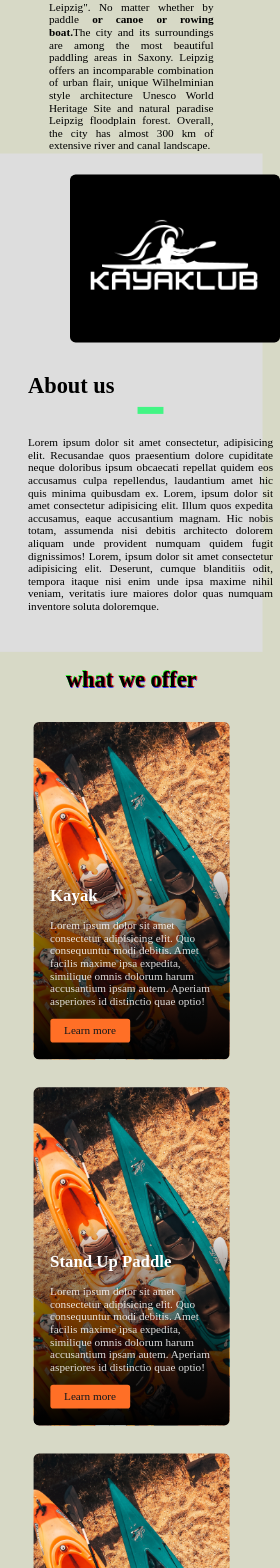
Repository: joseluis2289/Responsive-club-website
Page: index.html
These files come from the project's save history. The page is drawn as it stood at one moment and after the next save; the edit follows.
The browser window is 375 px wide. The page is 400 px wide, so the pictures cover 400 px, including what lies to the right of the window. The pictures show the part of the page from y = 865 to 3105 px (the page is 5236 px tall before and 5276 px after), at 70% of full size.
Some web fonts or font styles are not loaded; a fallback is used.

Above is the page before, as saved 2021-08-25 10:34:14.

### index.html
<!DOCTYPE html>
<html lang="en">
<head>
    <meta charset="UTF-8">
    <meta http-equiv="X-UA-Compatible" content="IE=edge">
    <meta name="viewport" content="width=device-width, initial-scale=1.0">
    <link rel="stylesheet" href="style.css">
    <link rel="preconnect" href="https://fonts.googleapis.com">
<link rel="preconnect" href="https://fonts.gstatic.com" crossorigin>
<link href="https://fonts.googleapis.com/css2?family=Rampart+One&display=swap" rel="stylesheet">
    <script src="script.js" defer></script>
    <title>Responsive-Club-website</title>
</head>
<body>

    <nav class="navbar">
        <!-- hamburger toggle -->
        <div class="brand-title">kayaklub</div>
        <a href="#" class="toggle-button">
            <span class="bar"></span>
            <span class="bar"></span>
            <span class="bar"></span>
        </a>

        <div class="nav-links">
            <ul>
                <li><a href="#">Home</a></li>
                <li><a href="#">About</a></li>
                <li><a href="#">Contact</a></li>
            </ul>
        </div>
    </nav>
<div class="banner"></div>

<section class="welcome">
    <h1 class="discover-title">Discover the city of Leipzig</h1>
    <p class="p-discover">Discover the "water city of Leipzig". No matter whether by paddle <strong>or canoe or rowing boat.</strong>The city and its surroundings are among the most beautiful paddling areas in Saxony. Leipzig offers an incomparable combination of urban flair, unique Wilhelminian style architecture Unesco World Heritage Site and natural paradise Leipzig floodplain forest. Overall, the city has almost 300 km of extensive river and canal landscape.</p>

</section>

<!-- about us section -->
<div class="grid-container-about">
    <!-- <img class="grid-item-img" src="./Cosmetics Discount Sale Landscape Banner.png" alt="about"> -->
    <div class="logo"></div>
    <div class="grid-item-text"><h1><a class="aboutUs-title" href="#">About us</a></h1><p class="aboutUs-text"> Lorem ipsum dolor sit amet consectetur, adipisicing elit. Recusandae quos praesentium dolore cupiditate neque doloribus ipsum obcaecati repellat quidem eos accusamus culpa repellendus, laudantium amet hic quis minima quibusdam ex. Lorem, ipsum dolor sit amet consectetur adipisicing elit. Illum quos expedita accusamus, eaque accusantium magnam. Hic nobis totam, assumenda nisi debitis architecto dolorem aliquam unde provident numquam quidem fugit dignissimos! Lorem, ipsum dolor sit amet consectetur adipisicing elit. Deserunt, cumque blanditiis odit, tempora itaque nisi enim unde ipsa maxime nihil veniam, veritatis iure maiores dolor quas numquam inventore soluta doloremque.</p></div>
</div>



<h1 class="tittle-what-we-offer">what we offer</h1>
<div class="card-container">
    <div class="card">
        <div class="card-content">
        <h2 class="card-title">Kayak</h2>
        <p class="card-body">Lorem ipsum dolor sit amet consectetur adipisicing elit. Quo consequuntur modi debitis. Amet facilis maxime ipsa expedita, similique omnis dolorum harum accusantium ipsam autem. Aperiam asperiores id distinctio quae optio!</p>
        <a href="#" class="button">Learn more</a>
    </div>
    </div>

    <div class="card">
        <div class="card-content">
        <h2 class="card-title"> Stand Up Paddle</h2>
        <p class="card-body">Lorem ipsum dolor sit amet consectetur adipisicing elit. Quo consequuntur modi debitis. Amet facilis maxime ipsa expedita, similique omnis dolorum harum accusantium ipsam autem. Aperiam asperiores id distinctio quae optio!</p>
        <a href="#" class="button">Learn more</a>
    </div>
    </div>


    <div class="card">
        <div class="card-content">
        <h2 class="card-title">Canoe</h2>
        <p class="card-body">Lorem ipsum dolor sit amet consectetur adipisicing elit. Quo consequuntur modi debitis. Amet facilis maxime ipsa expedita, similique omnis dolorum harum accusantium ipsam autem. Aperiam asperiores id distinctio quae optio!</p>
        <a href="#" class="button">Learn more</a>
    </div>
    </div>

</div>

<section class="register">
    <form id="register" action="#">
        <h2 class="register-title">Join us now!</h2>
        <label for="first-name">First-name:</label>
        <br/>
        <input type="text" name="first-name" id='name' placeholder="Enter your name">
        <br/>
        <label for="last-name">Last-name:</label>
        <br/>
        <input type="text" name="last-name" id="name" placeholder="Enter your last name">
        <br/>
        <label for="email">Email:</label>
        <br/>
        <input type="text" name="email" id="name" placeholder="Enter your email">
        <br/>&nbsp;
        <br/> <br/>
    <input type="submit" value="submit" name="submit" id="submit">
    </form>
</section>

<footer class="footer">
    <div class="footer-sections">
        <div class="company">
            <ul>
                <h1 class="company-title">Company</h1>
                <li><a href="#">About Us</a></li>
                <li><a href="#">Privacy policy</a></li>
                <li><a href="#">Affiliate program</a></li>
            </ul>
        </div>
        <div class="get-help">
            <h1 class="help-title">Get Help</h1>
            <ul>
                <li><a href="#">FAQ</a></li>
                <li><a href="#">Our status</a></li>
                <li><a href="#">Payment Options</a></li>
            </ul>
        </div>
        <div class="online-shop">
            <h1 class="shop-title">online-shop</h1>
            <ul >
                <li><a href="#">Watch</a></li>
                <li><a href="#">Bags</a></li>
                <li><a href="#">equitment</a></li>
            </ul>
        </div>
        <div class="follow-us">
            <h1 class="followUs-title">Follow us</h1>
            <ul class="follow-us-list">

              <li><svg xmlns="http://www.w3.org/2000/svg" width="50" height="20" fill="currentColor" class="bi bi-instagram" viewBox="0 0 16 16">
                <path d="M8 0C5.829 0 5.556.01 4.703.048 3.85.088 3.269.222 2.76.42a3.917 3.917 0 0 0-1.417.923A3.927 3.927 0 0 0 .42 2.76C.222 3.268.087 3.85.048 4.7.01 5.555 0 5.827 0 8.001c0 2.172.01 2.444.048 3.297.04.852.174 1.433.372 1.942.205.526.478.972.923 1.417.444.445.89.719 1.416.923.51.198 1.09.333 1.942.372C5.555 15.99 5.827 16 8 16s2.444-.01 3.298-.048c.851-.04 1.434-.174 1.943-.372a3.916 3.916 0 0 0 1.416-.923c.445-.445.718-.891.923-1.417.197-.509.332-1.09.372-1.942C15.99 10.445 16 10.173 16 8s-.01-2.445-.048-3.299c-.04-.851-.175-1.433-.372-1.941a3.926 3.926 0 0 0-.923-1.417A3.911 3.911 0 0 0 13.24.42c-.51-.198-1.092-.333-1.943-.372C10.443.01 10.172 0 7.998 0h.003zm-.717 1.442h.718c2.136 0 2.389.007 3.232.046.78.035 1.204.166 1.486.275.373.145.64.319.92.599.28.28.453.546.598.92.11.281.24.705.275 1.485.039.843.047 1.096.047 3.231s-.008 2.389-.047 3.232c-.035.78-.166 1.203-.275 1.485a2.47 2.47 0 0 1-.599.919c-.28.28-.546.453-.92.598-.28.11-.704.24-1.485.276-.843.038-1.096.047-3.232.047s-2.39-.009-3.233-.047c-.78-.036-1.203-.166-1.485-.276a2.478 2.478 0 0 1-.92-.598 2.48 2.48 0 0 1-.6-.92c-.109-.281-.24-.705-.275-1.485-.038-.843-.046-1.096-.046-3.233 0-2.136.008-2.388.046-3.231.036-.78.166-1.204.276-1.486.145-.373.319-.64.599-.92.28-.28.546-.453.92-.598.282-.11.705-.24 1.485-.276.738-.034 1.024-.044 2.515-.045v.002zm4.988 1.328a.96.96 0 1 0 0 1.92.96.96 0 0 0 0-1.92zm-4.27 1.122a4.109 4.109 0 1 0 0 8.217 4.109 4.109 0 0 0 0-8.217zm0 1.441a2.667 2.667 0 1 1 0 5.334 2.667 2.667 0 0 1 0-5.334z"/>
              </svg></li>
              <li>

                  <svg xmlns="http://www.w3.org/2000/svg" width="50" height="20" fill="currentColor" class="bi bi-facebook" viewBox="0 0 16 16">
                    <path d="M16 8.049c0-4.446-3.582-8.05-8-8.05C3.58 0-.002 3.603-.002 8.05c0 4.017 2.926 7.347 6.75 7.951v-5.625h-2.03V8.05H6.75V6.275c0-2.017 1.195-3.131 3.022-3.131.876 0 1.791.157 1.791.157v1.98h-1.009c-.993 0-1.303.621-1.303 1.258v1.51h2.218l-.354 2.326H9.25V16c3.824-.604 6.75-3.934 6.75-7.951z"/>
                  </svg>
              </li>
              <li>

                  <svg xmlns="http://www.w3.org/2000/svg" width="20" height="20" fill="currentColor" class="bi bi-youtube" viewBox="0 0 16 16">
                    <path d="M8.051 1.999h.089c.822.003 4.987.033 6.11.335a2.01 2.01 0 0 1 1.415 1.42c.101.38.172.883.22 1.402l.01.104.022.26.008.104c.065.914.073 1.77.074 1.957v.075c-.001.194-.01 1.108-.082 2.06l-.008.105-.009.104c-.05.572-.124 1.14-.235 1.558a2.007 2.007 0 0 1-1.415 1.42c-1.16.312-5.569.334-6.18.335h-.142c-.309 0-1.587-.006-2.927-.052l-.17-.006-.087-.004-.171-.007-.171-.007c-1.11-.049-2.167-.128-2.654-.26a2.007 2.007 0 0 1-1.415-1.419c-.111-.417-.185-.986-.235-1.558L.09 9.82l-.008-.104A31.4 31.4 0 0 1 0 7.68v-.123c.002-.215.01-.958.064-1.778l.007-.103.003-.052.008-.104.022-.26.01-.104c.048-.519.119-1.023.22-1.402a2.007 2.007 0 0 1 1.415-1.42c.487-.13 1.544-.21 2.654-.26l.17-.007.172-.006.086-.003.171-.007A99.788 99.788 0 0 1 7.858 2h.193zM6.4 5.209v4.818l4.157-2.408L6.4 5.209z"/>
                  </svg>
              </li>
            </ul>
        </div>
    </div>
</footer>
</body>
</html>

### style.css
:root{
    --clr-neutral-900: hsl(207,19%,9%);
    --crl-neutral-100: hsl(0,0%,100%);
    --crl-accent-400: hsl(142, 90%, 61%);
    --crl-accent-300: hsl(20.18, 100%, 57.45%);

}

*,
*::before,
*::after {
    box-sizing: border-box;
}


*{
    box-sizing: border-box;
}

body{
    margin: 0;
    border: 0;
    background-color:#D7D9C6;
}

.navbar{
    display: flex;
    justify-content: space-between;
    align-items: center;
    background-color: #333;
    color: white;
    font-family: 'Poppins', sans-serif;

}

.brand-title{
    font-size: 1.6rem;
    margin: .5rem;
    text-transform: uppercase;
    letter-spacing: 4px;
    -webkit-box-shadow: 0 10px 6px -6px rgb(80, 73, 73);
    -moz-box-shadow:0 10px 6px -6px rgb(114, 110, 110);
    box-shadow: 0 10px 6px -6px rgb(136, 133, 133);
    border-radius:10px;
}

.nav-links ul {
    margin: 0;
    padding: 0;
    display: flex;
}
.nav-links li {
    list-style: none;
}

.nav-links li a {
    text-decoration: none;
    color: white;
    padding: 1rem;
    display: block;
}
.nav-links li:hover{
    background-color:#555;
}

.toggle-button {
    position: absolute;
    top: .75rem;
    right: 1rem;
    display: none;
    flex-direction: column;
    justify-content: space-between;
    width: 30px;
    height: 22px;
}

.toggle-button .bar {
    height: 3px;
    width: 100%;
    background-color: white;
    border-radius: 10px;
}

.banner{
    background-image: url("/Cosmetics\ Discount\ Sale\ Landscape\ Banner.png");
    background-repeat: no-repeat;
    background-position: cover;
    background-size: 100% 100vh;
    height: 100vh;
}

/* discover the city of Leipzig */
.welcome{
    text-align: center;
    height: 30vh;
    width:auto;
    margin: auto;
    padding: 50px;

}
.p-discover{
    text-align: justify;
    text-justify: inter-word;



}
.discover-title{
    display: block;
    position: relative;
    cursor: pointer;
    font-family: 'Rampart One', cursive;
}
.discover-title::after{
    content:"";
    position: absolute;
    left: 690px;
    background: var(--crl-accent-400);
    display: block;
    border: 0;
    margin: 0.5rem 0;
    width:300px;
    height: 10px;
    transform: scaleX(0.1);
    transition: transform 0.4s ease;

}

.discover-title:hover:after,
.discover-title:active:after{
    transform: scaleX(1);
    transform-origin: left;
    transition: transform 0.5s ease;
}


.grid-container-about{
    background-color: #ddd;
    display: grid;
    grid-template-columns: auto auto;
    padding: 30px;
    column-gap:20px;
    /* display: flex;
    justify-content:space-around ; */

}
/* .grid-item-img{
    margin: 0 0 0 auto;
    width: 500px;
    height: 40vh;
    border-radius:10px;

} */

.logo{
    background-image: url(./logo.png);
    background-size: cover;
    padding: 12rem 0 0;
    border-radius: 0.5rem;
    margin: 0 0 0 auto;
    width: 300px;
    height: 30vh;
}
.aboutUs-text{
    width: 600px;
}

/* about us  */

.aboutUs-title{
    font-family: 'Rampart One', cursive;
color: #000;
text-decoration: none;
border: 0;
margin: 0.5rem 0;
line-height: 1.9;
display: block;
position: relative;
}

.aboutUs-title:after{
    position: absolute;
    content: "";
    background: var(--crl-accent-400);
    display: block;
    left:0;
    bottom:0;
    line-height: 1.4;
    width:100%;
    height: 10px;
    transform: scaleX(0.1);
    transition: transform 0.4s ease;

}

.aboutUs-title:hover:after,
.aboutUs-title:active:after{
    transform: scaleX(1);
    transform-origin: left bottom;
    transition: transform 0.5s ease;
}


/* what we offer cards */
/* .tittle-what-we-offer{
    color: #000;
text-decoration: none;
border: 0;
margin: 2rem 0;
line-height: 1.9;
display: block;
position: relative;
}
.tittle-what-we-offer::after{
    position: absolute;
    content: "";
    background: var(--crl-accent-400);
    display: block;
    left:800px;
    bottom:0;
    line-height: 1.4;
    width:200px;
    height: 10px;
    transform: scaleX(0.5);
    transition: transform 0.4s ease;
}
.tittle-what-we-offer:hover:after,
.tittle-what-we-offer:active:after{
    transform: scaleX(1);
    transform-origin: left bottom;
    transition: transform 0.5s ease;
} */


.tittle-what-we-offer {
    text-align: center;
     font-family: 'Rampart One', cursive;
    font-size: 2rem;
    /* text-transform: uppercase; */

    text-shadow: 0.05em 0 0 rgba(255, 0,0, 0.75),
    -0.025em -0.05em 0 rgba(0, 255, 0, 0.75),
    0.025em 0.05em 0 rgba(0, 0, 255, 0.75);
    animation: glitch 2500ms infinite;
}

@keyframes glitch {
    0%{
        text-shadow: 0.05em 0 0 rgba(255, 0,0, 0.75),
        -0.025em -0.05em 0 rgba(0, 255, 0, 0.75),
        0.025em 0.05em 0 rgba(0, 0, 255, 0.75);
    }
    15%{
        text-shadow: 0.05em 0 0 rgba(255, 0,0, 0.75),
        -0.025em -0.05em 0 rgba(0, 255, 0, 0.75),
        0.025em 0.05em 0 rgba(0, 0, 255, 0.75);
    }

    49%{
        /* text-shadow: -0.05em -0.025 rgba(255, 0,0, 0.75),
        0.025em 0.05em 0 rgba(0, 255, 0, 0.75),
        -0.025em -0.05em 0 rgba(0, 0, 255, 0.75); */
        text-shadow: 0.05em 0 0 rgba(255, 0,0, 0.75),
        -0.025em -0.05em 0 rgba(0, 255, 0, 0.75),
        0.025em 0.05em 0 rgba(0, 0, 255, 0.75);
    }
    50%{
        /* text-shadow: 0.025em 0.05em 0 rgba(255, 0,0, 0.75),
        0.05em 0 0 rgba(0, 255, 0, 0.75),
        0 -0.05em 0 rgba(0, 0, 255, 0.75); */
        text-shadow: 0.05em 0 0 rgba(255, 0,0, 0.75),
        -0.025em -0.05em 0 rgba(0, 255, 0, 0.75),
        0.025em 0.05em 0 rgba(0, 0, 255, 0.75);
    }
    99%{
        text-shadow: 0.025em 0.05em 0 rgba(255, 0,0, 0.75),
        0.05em 0 0 rgba(0, 255, 0, 0.75),
        0 -0.05em 0 rgba(0, 0, 255, 0.75);
    }
    100%{
        text-shadow: 0.05em 0 0 rgba(255, 0,0, 0.75),
        -0.025em -0.05em 0 rgba(0, 255, 0, 0.75),
        0.025em 0.05em 0 rgba(0, 0, 255, 0.75);
    }
}

.card-container{
    display: flex;
    justify-content: space-evenly;
    width: 100%;

}

.card{

    color: var(--crl-neutral-100);
    background-image: url(./we-offer.jpg);
    background-size: cover;
    padding: 12rem 0 0;
    /* ch is 35 character wide */
    max-width: 35ch;
    border-radius: 0.5rem;
    overflow: hidden;
    transition: transform 500ms ease;

}

.card:hover{
    transform: scale(1.05);
}



.card-content{
    /* this variable only exist within the card content */
    --padding: 1.5rem;
    padding: var(--padding);
    /* here im appying some saturation and opacity of the backgroud card in order to kind of fade it out */
    background: linear-gradient(
        hsl(0 0% 0% / 0),
        hsl(0 0% 0% / 0.3) 20%,
        hsl(0 0% 0% / 1)
    );
}

.card-title{
    position: relative;
    /* max-content it line up the with of the title */
    width: max-content;


}

.card-title::after{
    content:"";
    position: absolute;
    height: 4px;
    /* here I'm moving the green bar to the left in order to animate */
    left: calc(var(--padding) * -1 );
    bottom: 0;
    width: calc(100% + var(--padding));
    background: var(--crl-accent-400);
    /* here I'm animating the green bar from left to right */
    transform-origin: left;
    transform: scaleX(0);
    transition: transform 500ms ease;
}

.card:hover .card-title::after{
    transform: scaleX(1);
}

.card-body{
    color: rgb(255 255 255 / 0.85);
}

.button{
    cursor:pointer;
    display: inline-block;
    padding: 0.5em 1.3em;
    text-decoration: none;
    color: var(--clr-neutral-900);
    background-color: var(--crl-accent-300);
    padding: 0.5em 1.25em;
    border-radius: 0.25em;
}


.button:hover,
.button:focus {
    background-color: var(--crl-neutral-100);
}

/* register */
.register-title{
    font-family: 'Rampart One', cursive;
    text-align: center;
    padding: 20px;

}
#register{

    background-color:rgba(0, 0, 0, 0.05);
    width: 600px;
    font-size: 18px;
    border-radius:10px;
    border:1px solid rgba(214, 210, 210, 0.3);
    box-shadow: 2px 2px 15px;
    color:rgb(24, 21, 21);
    margin: 50px auto;
    text-align: center;
    padding: 20px;
    transition: transform 500ms ease;

}
#register:hover{
    transform: scale(1.05);

    transition: 0.3s;
}
label{
    font-family:'Poppins', sans-serif;
    font-size: 18px;
}
input#name{
    width: 300px;
    border: 1px solid #ddd;
    border-radius: 3px;
    outline: 0;
    padding: 7px;
    background-color: #fff;
    box-shadow: inset 1px 1px 5px
    rgba(0,0,0,0.3);
}


input#submit{
    width: 200px;
    padding: 7px;
    font-size: 16px;
    font-family: sans-serif;
    font-weight: 600;
    border: none;
    border-radius:3px;
    background-color:rgba(250, 100, 0, 0.8);
    color:black;
    cursor:pointer;
    border:1px solid rgba(255, 255, 255, 0.3);
    box-shadow: 1px 1px 5px rgba(0, 0, 0, 0.3);
    margin-bottom: 20px;
}

input#submit:hover,
input#submit:focus {
    background-color: var(--crl-neutral-100);
}


/* footer */
.footer{
    width: 100%;
    height: 40vh;
    background-color:#000;
    color:whitesmoke;
}
.footer-sections{
    display: flex;
    justify-content: space-around;

}
.company-title{
    color:var(--crl-accent-300);
}
.company ul{
    margin: 0;
    padding: 0;
}
.company li{
    list-style: none;
}
.company li a {
    text-decoration: none;
    color: white;
    padding: 1rem;
    display: block;
}
.help-title{
    color:var(--crl-accent-300);
}
.get-help ul{
    margin: 0;
    padding: 0;
}

.get-help li{
    list-style: none;
}
.get-help li a {
    text-decoration: none;
    color: white;
    padding: 1rem;
    display: block;
}

.shop-title{
    color: var(--crl-accent-300);
}

.online-shop ul{
    margin: 0;
    padding: 0;
}
.online-shop li{
    list-style: none;
}

.online-shop li a {
    text-decoration: none;
    color: white;
    padding: 1rem;
    display: block;
}

.followUs-title{
    color:var(--crl-accent-300);
}
.follow-us-list{
    display: flex;

}
.follow-us-list li{
    list-style: none;
}

 @media(min-width: 320px) and (max-width: 600px){

   .toggle-button{
        display: flex;
    }

    .nav-links{
        display: none;
        width: 100%;
    }

    .navbar{
        flex-direction: column;
        align-items: flex-start;
        width: 100%;
    }

    .nav-links ul {
        width: 100%;
        flex-direction: column;

    }
    .nav-links li {
        text-align: center;
    }
    .nav-links li a {
        padding: .5rem 1rem;
    }
    .nav-links.active{
        display: flex;

    }


    .banner{
        background-image: url("/Cosmetics\ Discount\ Sale\ Landscape\ Banner.png");
        background-repeat: no-repeat;
        background-position: cover;
        background-size: 100% 100vh;
        height: 80vh;
        width: 100%;
    }
    .discover-title::after{
        left: 20px;
    }

    .p-discover{
        text-align: justify;
        text-justify: inter-word;
        padding: 20px;

    }
    .grid-container-about{
        margin: 160px 0 0px 0px;
        background-color: #ddd;
        display: grid;
        grid-template-columns: 1fr;

    }
    .grid-item-img{
         width:auto;
         margin: 40px auto 0 0;
    }

    .aboutUs-title{
        padding: 10px;
    }
    .aboutUs-text{
        text-align: justify;
        text-justify: inter-word;
        width: 370px;
        padding: 10px;

    }
    .card-container{
        display: flex;
        flex-direction: column;


    }
    .card{
        margin: 20px auto;
    }


    #register{
        width: 300px;
    }

    input#name{
        width: 200px;
    }
    .footer{
        width: 100%;
        height: 160vh;
        background-color:#000;
        color:var(--clr-neutral-900);
    }
    .footer-sections{
        display: flex;
        flex-direction: column;
        align-items: center;
        justify-content: center;


    }


}



@media (min-width: 601px) and (max-width: 767px){
    .navbar{
        width: 100%;
        flex-direction: row;
        justify-content: space-around;
        align-content: center;
    }
    .banner{
        background-image: url("/Cosmetics\ Discount\ Sale\ Landscape\ Banner.png");
        background-repeat: no-repeat;
        background-position:cover;
        background-size: 100% 100vh;
        height: 100vh;
        width: 100%;
    }

    .discover-title::after{
        left: 260px;
        margin: 0 0 30px;

    }
    .discover-title{
        width: 800px;
        text-align: center;
    }
    .p-discover{
        text-align: justify;
        text-justify: inter-word;
        width: 700px;
        padding: 0.7em 5em;
        margin:20px 0 0 60px;
        font-size: 20px;

    }
    .grid-container-about{
        width: 800px;
        margin: 150px 0;
        background-color: #ddd;
        display: grid;
        grid-template-columns: 1fr;
        padding: 90px;
    }
    .aboutUs-text{
        text-align: justify;
        text-justify: inter-word;
        width: 550px;
    }
    .card-container{
        display: flex;
        flex-direction: column;
    }
   .card{
  font-size: larger;
   margin: 0 0 30px 100px;

   }
   #register{
   font-size: 30px;
   margin:10px auto 25px 70px;

}

input#name{
    width: 300px;

}
label{
    font-family:'Poppins', sans-serif;

}

.footer{
    width: 100%;
    height: 100vh;
    background-color:#000;
    color:var(--clr-neutral-900);
}
.footer-sections{
    display: flex;
    flex-direction: column;
    align-items: center;
    justify-content: center;
}
}

@media (min-width: 768px) and (max-width: 1024px){

    .discover-title::after{
        left: 250px;
        margin: 0 0 30px;

    }
    .discover-title{
        width: 800px;
        text-align: center;
    }
    .p-discover{
        text-align: justify;
        text-justify: inter-word;
        width: 790px;
        padding: 0.7em 5em;
        margin:20px 0 0 10px;
        font-size: 20px;

    }

    .grid-container-about{


        background-color: #ddd;
        display: grid;
        grid-template-columns: 1fr 1fr;

    }
.grid-item-text{
    margin: 0 0 0 30px;
}

.card-container{
    display: flex;

    justify-content: space-between;

}
.card{
    margin: 0 10px 0px 30px;
}
.footer{
    width: 100%;
    height: 100vh;
    background-color:#000;
    color:var(--clr-neutral-900);
}
.footer-sections{
    display: flex;
    flex-direction: row;
    align-items: center;
    justify-content: center;
}

}

### script.js
const toggleButton = document.getElementsByClassName("toggle-button")[0]
const navBarLinks = document.getElementsByClassName("nav-links")[0]

toggleButton.addEventListener("click", () =>{
    // toggle the active class so If the active class does exist it will add it and viceversa
    navBarLinks.classList.toggle("active")
}
)

After the next save:
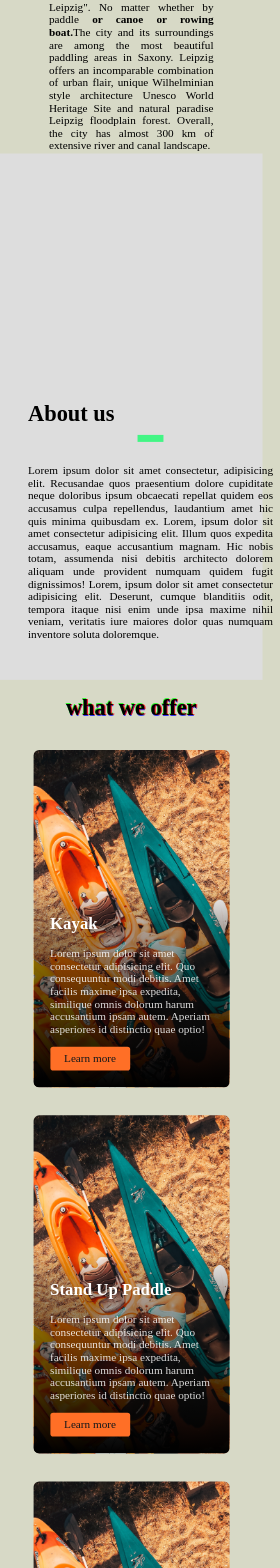
Saved 85 s later.
--- a/style.css
+++ b/style.css
@@ -571,7 +571,7 @@
         grid-template-columns: 1fr;
 
     }
-    .grid-item-img{
+    .logo{
          width:auto;
          margin: 40px auto 0 0;
     }

After the save that followed:
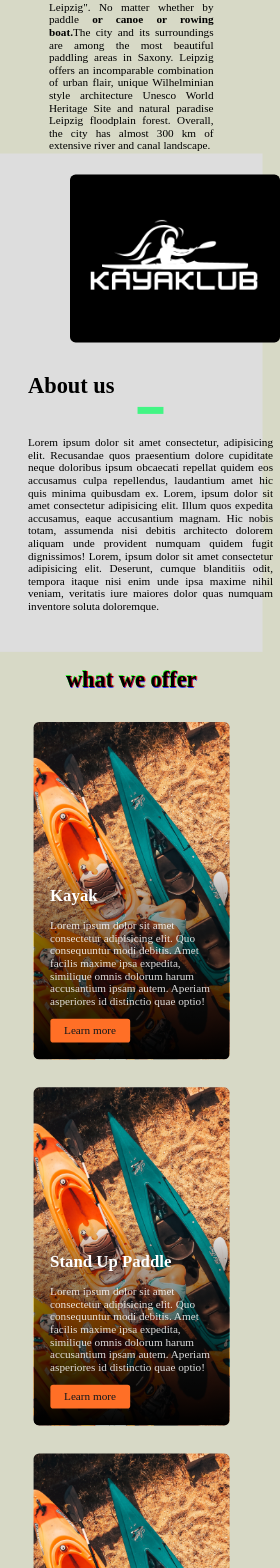
Saved 14 s later.
--- a/style.css
+++ b/style.css
@@ -572,10 +572,14 @@
 
     }
     .logo{
-         width:auto;
-         margin: 40px auto 0 0;
-    }
-
+        background-image: url(./logo.png);
+        background-size: cover;
+        padding: 12rem 0 0;
+        border-radius: 0.5rem;
+        margin: 0 0 0 auto;
+        width: 300px;
+        height: 30vh;
+    }
     .aboutUs-title{
         padding: 10px;
     }
